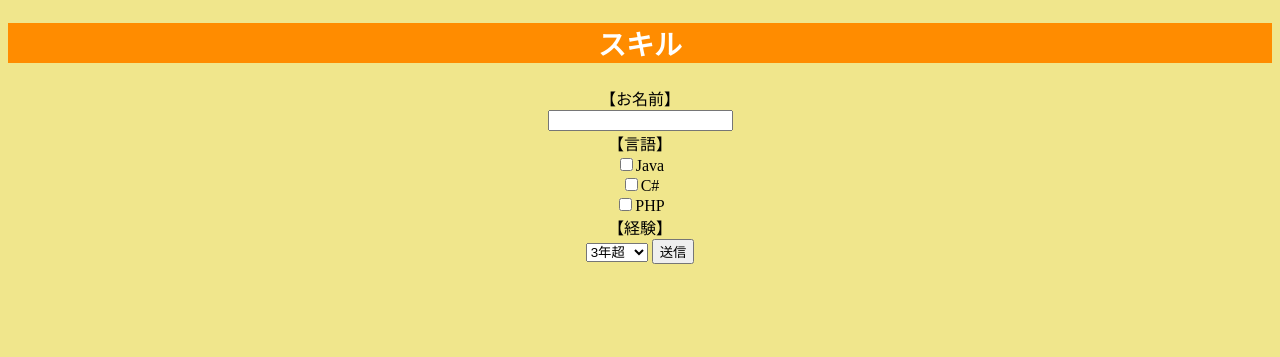
Repository: kazuya-arita/practice-eclipse
Page: JavaWebEx0801/src/main/webapp/input.html
The author's editor kept a copy of each file at every save. The page is drawn from the files as they stood at one save, then again after the next save.
The browser window is 1280 px wide. The pictures show the whole page.

Above is the page before, as saved 2024-05-26 06:36:00.

After the next save:
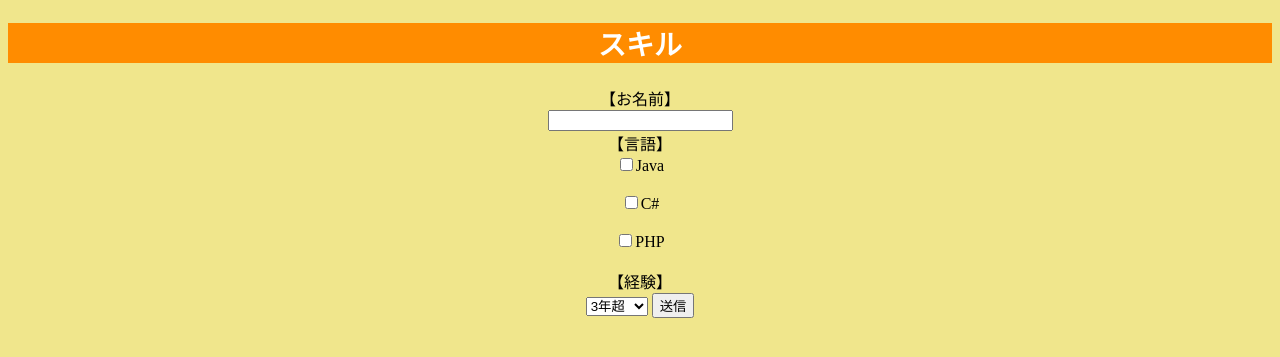
Saved 114 s later.
--- a/JavaWebEx0801/src/main/webapp/input.html
+++ b/JavaWebEx0801/src/main/webapp/input.html
@@ -12,9 +12,9 @@
 		<input type="text" name="name" required><br>
 
 		<label>【言語】</label><br>
-		<input type="checkbox" name="verbal" value="Java">Java<br>
-		<input type="checkbox" name="verbal" value="C#">C#<br>
-		<input type="checkbox" name="verbal" value="PHP">PHP<br>
+		<input type="checkbox" name="verbal" value="Java">Java<br><br>
+		<input type="checkbox" name="verbal" value="C#">C#<br><br>
+		<input type="checkbox" name="verbal" value="PHP">PHP<br><br>
 
 		<label>【経験】</label><br>
 		<select name="experience">
